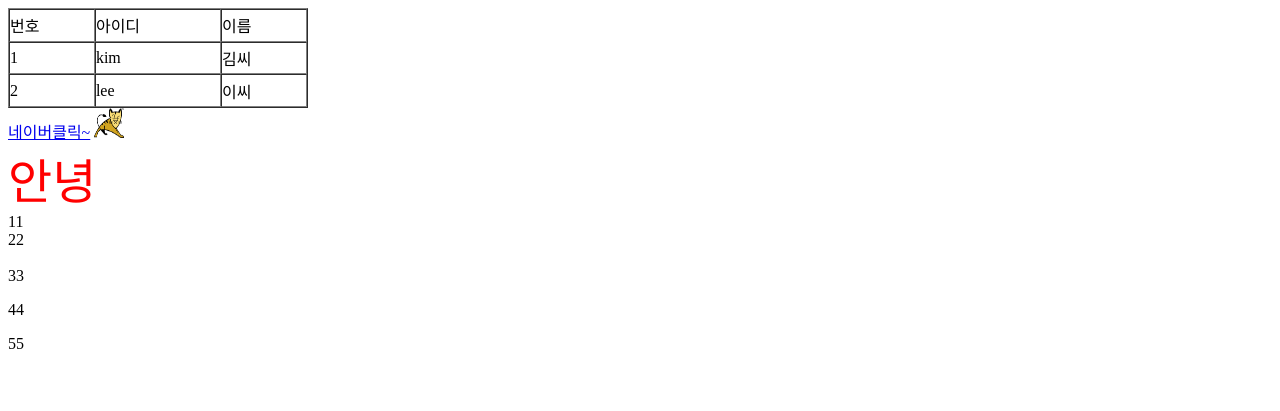
Repository: MinHyeJun/OpenSourceFramework
Page: web_prj/webapp/test.html
The author's editor kept a copy of each file at every save. The page is drawn from the files as they stood at one save, then again after the next save.
The browser window is 1280 px wide. The pictures show the whole page.

Above is the page before, as saved 2018-06-26 02:28:22.

### web_prj/webapp/test.html

<html>
<head>
<meta charset="UTF-8">
<title>Insert title here</title>
<style>
.form_caja {
    width: 524px;
    padding-top: 8px;
    padding-bottom: 15px;
    margin: 0 auto 20px auto;
    background: #446bb3;

     border-radius: 15px;

    -moz-border-radius: 15px;

    -webkit-border-radius: 15px;
    color: #446bb3;
}
</style>
</head>
<body>
<table width=300 height=100 border=1 cellpadding=0 cellspacing=0>
	<tr>
		<td>번호</td>
		<td>아이디</td>
		<td>이름</td>
	</tr>
	<tr>
		<td>1</td>
		<td>kim</td>
		<td>김씨</td>
	</tr>
	<tr>
		<td>2</td>
		<td>lee</td>
		<td>이씨</td>
	</tr>
</table>

<a href="http://www.naver.com">네이버클릭~</a>
<img src="tomcat.png" width=30 height=30><br>
<font size=10 color=red>안녕</font><br>
11<br>
22<br><br>
33<p>
44<p><p>
55

</body>
</html>

After the next save:
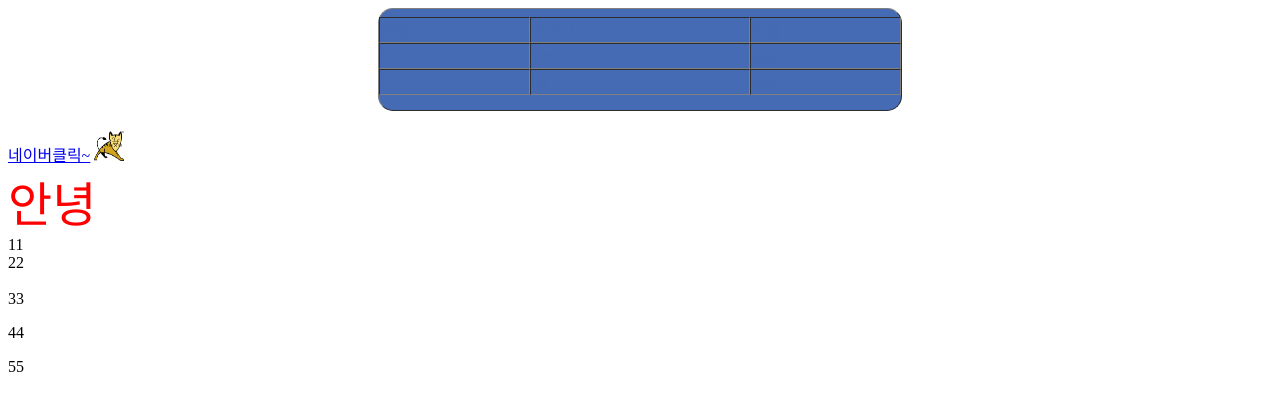
Saved 59 s later.
--- a/web_prj/webapp/test.html
+++ b/web_prj/webapp/test.html
@@ -10,18 +10,15 @@
     padding-bottom: 15px;
     margin: 0 auto 20px auto;
     background: #446bb3;
-
      border-radius: 15px;
-
     -moz-border-radius: 15px;
-
     -webkit-border-radius: 15px;
     color: #446bb3;
 }
 </style>
 </head>
 <body>
-<table width=300 height=100 border=1 cellpadding=0 cellspacing=0>
+<table  class="form_caja"  width=300 height=100 border=1 cellpadding=0 cellspacing=0>
 	<tr>
 		<td>번호</td>
 		<td>아이디</td>

After the save that followed:
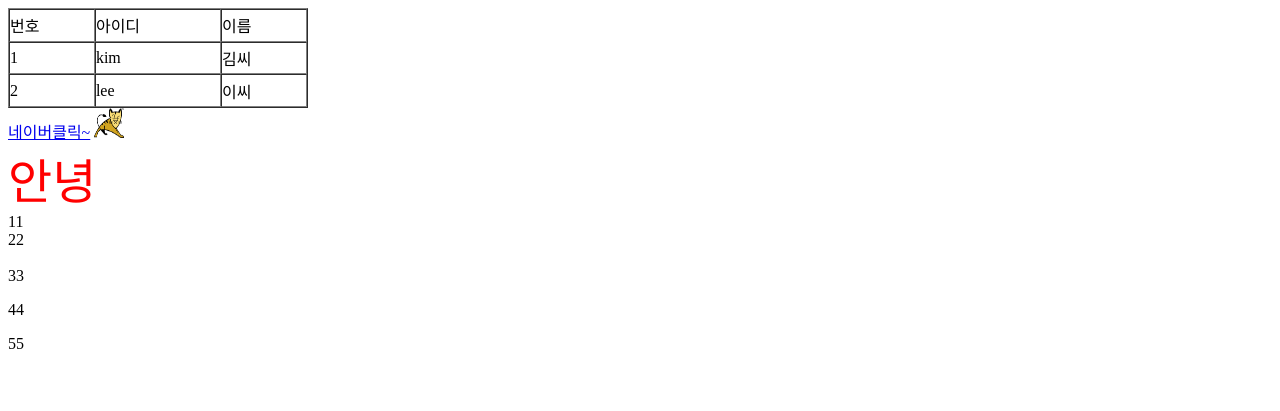
Saved 91 s later.
--- a/web_prj/webapp/test.html
+++ b/web_prj/webapp/test.html
@@ -4,16 +4,48 @@
 <meta charset="UTF-8">
 <title>Insert title here</title>
 <style>
-.form_caja {
-    width: 524px;
-    padding-top: 8px;
-    padding-bottom: 15px;
-    margin: 0 auto 20px auto;
-    background: #446bb3;
-     border-radius: 15px;
-    -moz-border-radius: 15px;
-    -webkit-border-radius: 15px;
-    color: #446bb3;
+table.paleBlueRows {
+  font-family: "Times New Roman", Times, serif;
+  border: 1px solid #FFFFFF;
+  width: 350px;
+  height: 200px;
+  text-align: center;
+  border-collapse: collapse;
+}
+table.paleBlueRows td, table.paleBlueRows th {
+  border: 1px solid #FFFFFF;
+  padding: 3px 2px;
+}
+table.paleBlueRows tbody td {
+  font-size: 13px;
+}
+table.paleBlueRows tr:nth-child(even) {
+  background: #D0E4F5;
+}
+table.paleBlueRows thead {
+  background: #0B6FA4;
+  border-bottom: 5px solid #FFFFFF;
+}
+table.paleBlueRows thead th {
+  font-size: 17px;
+  font-weight: bold;
+  color: #FFFFFF;
+  text-align: center;
+  border-left: 2px solid #FFFFFF;
+}
+table.paleBlueRows thead th:first-child {
+  border-left: none;
+}
+
+table.paleBlueRows tfoot {
+  font-size: 14px;
+  font-weight: bold;
+  color: #333333;
+  background: #D0E4F5;
+  border-top: 3px solid #444444;
+}
+table.paleBlueRows tfoot td {
+  font-size: 14px;
 }
 </style>
 </head>
